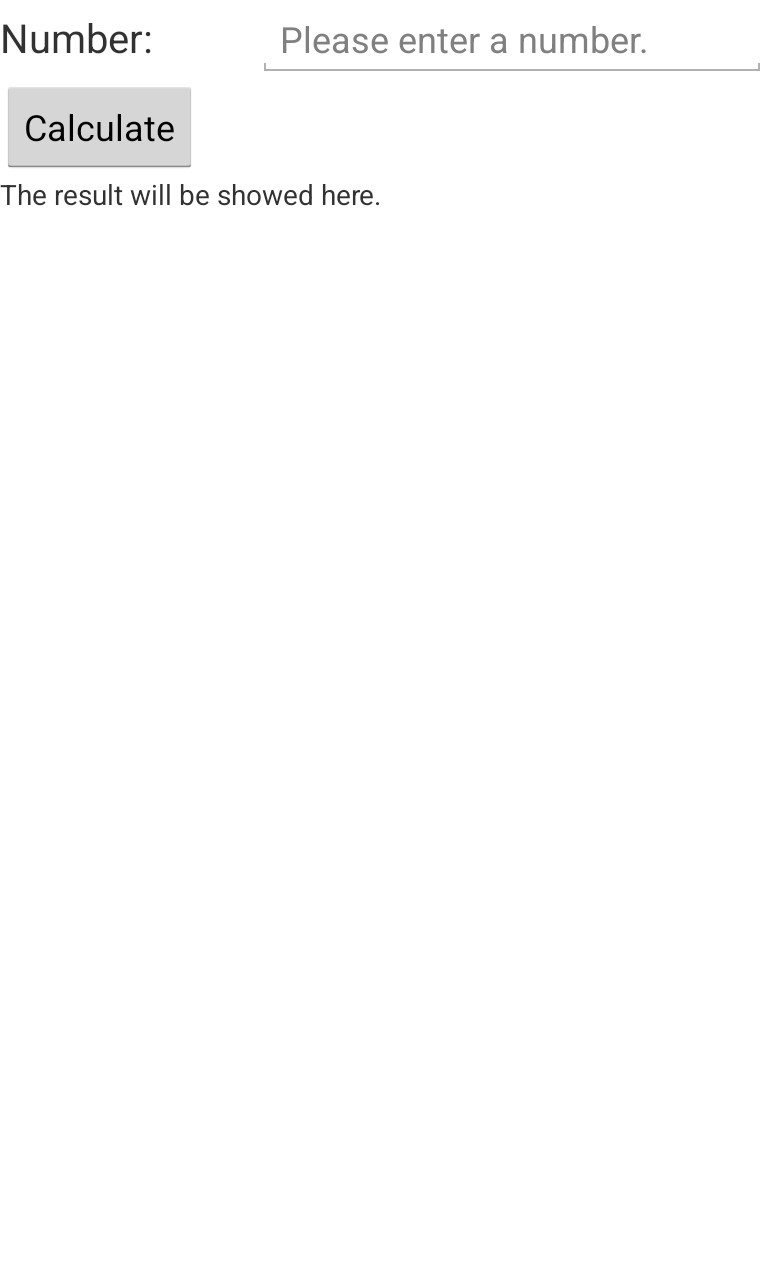
Repository: Liu-D-Henrry/Android
Layout: DemoHandler/res/layout/calculator.xml
An editor plug-in stored every save of this project. The layout is shown before and after the next save, followed by the edit.
It is drawn on a 768 x 1280 px phone screen (xhdpi) without system bars, with theme AppTheme; the app's code is not run.

Above is the layout before, as saved 2013-08-28 07:29:50.

### DemoHandler/res/layout/calculator.xml
<?xml version="1.0" encoding="utf-8"?>
<LinearLayout xmlns:android="http://schemas.android.com/apk/res/android"
    android:layout_width="match_parent"
    android:layout_height="match_parent"
    android:orientation="vertical" >

    <LinearLayout
        android:layout_width="match_parent"
        android:layout_height="wrap_content"
        android:orientation="horizontal" >

    	<TextView
     	   	android:layout_width="0dp"
     	   	android:layout_height="wrap_content"
			android:layout_weight="1"
			android:textSize="20sp"
        	android:text="@string/textNum" />

    	<EditText
        	android:id="@+id/editNum"
        	android:layout_width="0dp"
       		android:layout_height="wrap_content"
       		android:layout_weight="2"
       		android:hint="@string/textHint"
        	android:inputType="number" />

    </LinearLayout>

    <Button
        android:id="@+id/calculate"
        android:layout_width="wrap_content"
        android:layout_height="wrap_content"
        android:text="@string/buttonCalculate" />

    <TextView
        android:id="@+id/result"
        android:layout_width="match_parent"
        android:layout_height="match_parent"
        android:text="@string/result" />

</LinearLayout>

### DemoHandler/res/values/strings.xml
<?xml version="1.0" encoding="utf-8"?>
<resources>

    <string name="app_name">DemoHandler</string>
    <string name="action_settings">Settings</string>
    <string name="hello_world">Hello world!</string>

    <string name="textNum">Number: </string>
    <string name="textHint">Please enter a number.</string>
    <string name="buttonCalculate">Calculate</string>
    <string name="result">The result will be showed here.</string>

</resources>

Loaded but not shown: DemoHandler/res/values/styles.xml (common file); DemoHandler/res/values-v11/styles.xml (common file); DemoHandler/res/values-v14/styles.xml (common file)

After the next save:
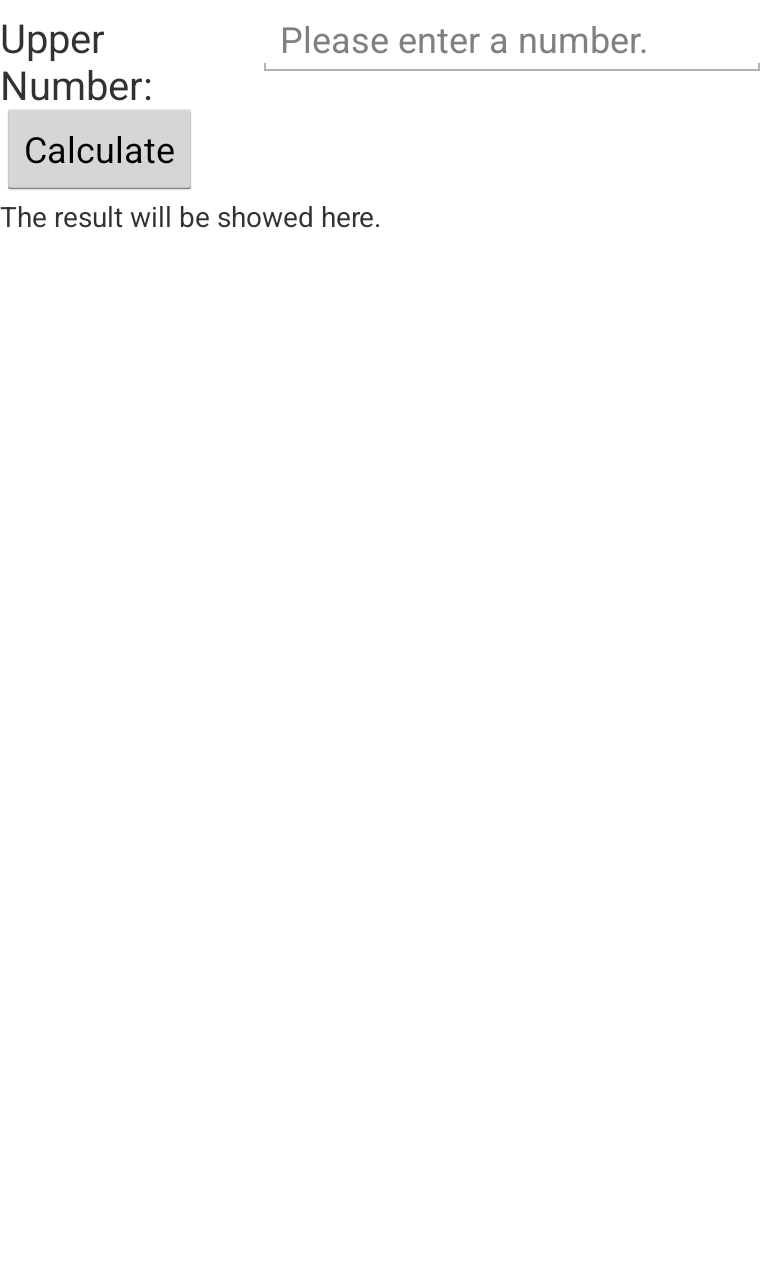
Saved 51 s later.
--- a/DemoHandler/res/values/strings.xml
+++ b/DemoHandler/res/values/strings.xml
@@ -5,7 +5,7 @@
     <string name="action_settings">Settings</string>
     <string name="hello_world">Hello world!</string>
 
-    <string name="textNum">Number: </string>
+    <string name="textNum">Upper Number: </string>
     <string name="textHint">Please enter a number.</string>
     <string name="buttonCalculate">Calculate</string>
     <string name="result">The result will be showed here.</string>
